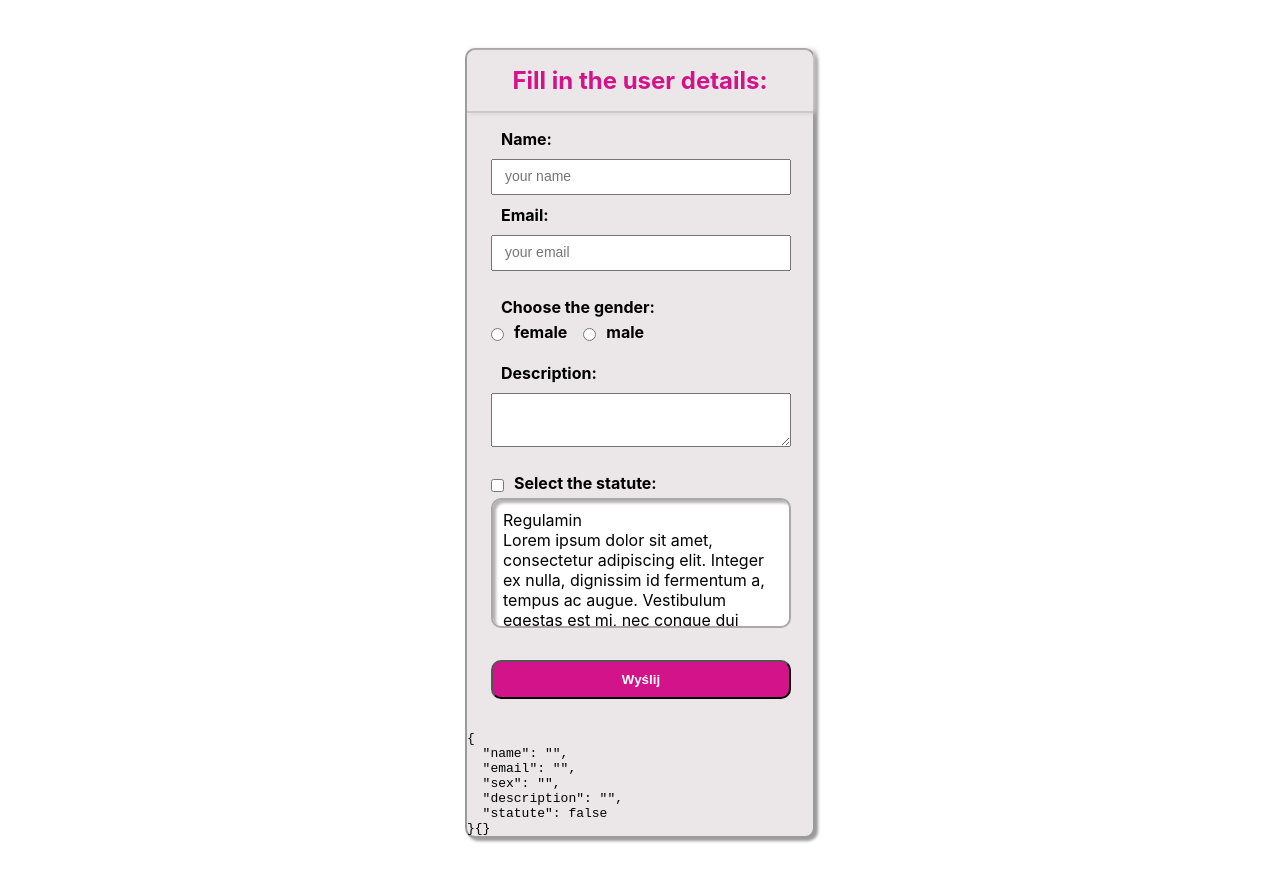
Repository: KrzysKolo/sr_tydzien4_zad3
Page: /
The author's editor kept a copy of each file at every save. The page is drawn from the files as they stood at one save, then again after the next save.
The browser window is 1280 px wide. The pictures show the whole page.
The project was rebuilt for these pictures with package versions that can differ from the ones it lists, and the page was loaded fresh each time. Also part of the build but not shown: src/components/FormComponents/TextError.js.

Above is the page before, as saved 2020-11-19 15:35:01.

### src/App.js
import React from 'react';
import './App.css';
import FormikContainer from './components/Formik/FormikContainer';
import Header from './components/Header';
const App = () => {
  return (
    <main className="App">
      <Header />
      <FormikContainer />
    </main>
   );
}

export default App;

### src/App.css
* {
  margin: 0;
  padding: 0;
  box-sizing: border-box;
}
.App {
  margin: 3rem auto;
  width: 350px;
  background-color: rgb(235, 231, 232);
  border: 2px solid rgb(155, 155, 155);
  border-radius: 10px;
  box-shadow: 3px 3px 3px rgb(155, 155, 155);
}
.section {
  display: flex;
  flex-direction: column;
  margin: 1rem 1.5rem;
  justify-content: center;
}
label {
  font-weight: bold;
  display: flex;
  margin-bottom: 5px;
  margin-left: 10px;
}
input[type="text"],
input[type="email"],
textarea {
  display: block;
  width: 300px;
  padding: 6px 12px;
  font-size: 14px;
  line-height: 1.4285;
  color: #555;
  margin: 10px 0;
}
.error {
  color: red;
}
.row {
  display: flex;
  flex-direction: row;
  align-items: center;
  margin-right: 1rem;
}
.statute {
  border: 2px solid rgb(170, 169, 169);
  border-radius: 10px;
  box-shadow: inset 3px 3px 3px rgb(181, 177, 178);
  background: #ffffff;
  height: 130px;
  width: 300px;
  padding: 10px;
  overflow: auto;
}
.btn-send {
  background-color: rgba(211, 19, 137, 1);
  border-radius: 10px;
  color: white;
  cursor: pointer;
  font-weight: bold;
  margin: 1rem auto;
  padding: 10px;
  width: 300px;
  transition: all 0.3s ease-in-out;
}
.btn-send:hover {
  background-color: rgba(211, 19, 137, 0.5);
}
.header {
  color: rgba(211, 19, 137, 1);
  margin: 0 auto;
  text-align: center;
  font-weight: bold;
  border-bottom: 2px solid rgb(204, 201, 204);
  padding: 1rem;
  box-shadow: 3px 0 5px rgb(204, 201, 204);
}

### src/components/Formik/FormikContainer.js
import React, { useState } from 'react';
import { Formik, Form } from 'formik';
import * as yup from 'yup';
import FormikControl from './FormikControl';
import RadioOptions from './../../data/RadioOptions';

const FormikContainer = () => {
    const [systemMessage, setSystemMessage] = useState("");

    const onSubmit = (data, event) => {
      event.target.reset();
      setSystemMessage(<p>Dziękujemy za wysłanie!</p>);
    };
    const initialValues = {
        name: '',
        email: '',
        sex: '',
        description: '',
        statute: false,
    }

    const validationSchema = yup.object({
        name: yup.string().required("Imię jest obowiązkowe!").min(2,"Twóje imię musi mieć więcej niż 2 znaki!").max(30,'Twoje imię może mieć maxymalnie 30 znaków!'),
        email: yup.string().required("Email jest wymagany!").email("Adres zawiera błędy"),
        sex: yup.string().required('Zaznacz jedną wartość!'),
        description: yup.string().required('Wpisz kilka słów!').min(2, "Wpisz co najmniej 2 znaki").max(100, "Możesz wpisać max. 250 znaków"),
        statute: yup.boolean().required().oneOf([true], 'Musisz zaznaczyć regulamin!'),
    });
    const [ showMessage, setShowMessage ] = useState(false);

    return (
        <Formik
            initialValues={initialValues}
            validationSchema={validationSchema}
            onSubmit={onSubmit}
        >
            { ({formik, values, errors}) => (
                <Form className="form-wrapper">
                    <section className="section">
                        <FormikControl control='input' type='text' label='Name:' name='name' placeholder="your name"/>
                        <FormikControl control='input' type='email' label='Email:' name='email' placeholder="your email"/>
                    </section>
                    <section className="section">
                        <FormikControl control='radio' label='Choose the gender: ' name='sex' options={RadioOptions}/>
                    </section>
                    <section className="section">
                        <FormikControl control='textarea' label='Description:' name='description'/>
                    </section>
                    <section className="section">
                        <FormikControl control='checkbox' label='Select the statute:' name='statute'/>
                        <div className="statute">
                            Regulamin<br/>
                            <p>Lorem ipsum dolor sit amet, consectetur adipiscing elit. Integer ex nulla, dignissim id fermentum a, tempus ac augue. Vestibulum egestas est mi, nec congue dui mollis vitae. Nam dictum lectus non mauris hendrerit efficitur. Donec imperdiet nec nibh et interdum. Fusce ornare consequat sapien. Pellentesque rhoncus tempor vulputate. Aliquam eu diam laoreet, tincidunt nulla ut, dignissim turpis. Aliquam est ante, luctus sed felis et, iaculis sollicitudin tellus. Cras congue tincidunt viverra. Sed vestibulum faucibus lacus, eu dictum lorem porta id. Praesent a placerat ligula. Vestibulum faucibus ornare erat, id elementum est vehicula eu. Nunc pulvinar dolor lacus. Vestibulum dapibus efficitur orci, ac rhoncus augue auctor ut.</p>
                        </div>
                    </section>
                    <section className="section">
                         <button className="btn-send" type="submit">Wyślij</button>
                    </section>
                    <pre>
                        {JSON.stringify(values, null, 2)}
                        {JSON.stringify(errors, null, 2)}

                    </pre>
                    <>{systemMessage}</>

                </Form>
            )

            }

        </Formik>
    )
}
export default FormikContainer;

### src/components/Header.js
import React from 'react';
const Header = () => {
    return (
        <section className="header">
            <h2>Fill in the user details: </h2>
        </section>
     );
}

export default Header;

### src/components/Formik/FormikControl.js
import { Input, Radio, Checkbox, TextArea } from './../FormComponents/';


const FormikControl = (props) => {
    const { control, ...rest } = props;
    switch(control) {
        case 'input': return <Input {...rest} />
        case 'radio': return <Radio {...rest} />
        case 'textarea': return <TextArea {...rest} />
        case 'checkbox': return <Checkbox {...rest} />
        default: return null
    }
}

export default FormikControl;

### src/data/RadioOptions.js
const RadioOptions=[
    { id: 0, value: "female ", label: 'female ' },
    { id: 1, value: "male", label: 'male' },
   ];
export default RadioOptions;

### src/components/FormComponents/index.js
export { default as Input } from "./Input";
export { default as Radio } from "./Radio";
export { default as Checkbox } from "./Checkbox";
export { default as TextArea } from "./TextArea";

### src/components/FormComponents/Input.js
import React from 'react';
import{ Field, ErrorMessage } from 'formik';
import TextError from './TextError';

const Input = (props) => {
    const { label, name, ...rest } = props;
    return (
        <div className="form-control">
             <label htmlFor={name}>{label}</label>
            <Field id={name} name={name} {...rest} />
            <ErrorMessage name={name} component={TextError} />
        </div>
     );
}

export default Input;

### src/components/FormComponents/Radio.js
import React from 'react';
import{ Field, ErrorMessage } from 'formik';
import TextError from './TextError';

const Radio = (props) => {
    const { label, name, options, ...rest } = props;
    return (
        <div className="form-control">
            <label htmlFor={name}>{label}</label>
            <div className="row">
                <Field name={name} {...rest}>
                    {
                    ({ field }) => {
                        return options.map(option => {
                            return (
                                <div className="row" key={option.id} >
                                    <input type='radio' id={option.id} {...field} value={option.value} checked={field.value === option.value}/>
                                    <label htmlFor={option.id}>{option.label}</label>
                                </div>
                            )
                        })
                    }
                    }
                </Field>
            </div>
            <ErrorMessage name={name} component={TextError} />
        </div>
     );
}

export default Radio;

### src/components/FormComponents/Checkbox.js
import React from 'react';
import{ Field, ErrorMessage } from 'formik';
import TextError from './TextError';

const Checkbox = (props) => {
    const { label, name, ...rest } = props;
    return (
        <div className="form-control">
            <div className="row">
                <Field type='checkbox' id={name} name="statute" {...rest}/>
                <label htmlFor={name}>{label}</label>
            </div>
            <ErrorMessage name={name} component={TextError} />
        </div>
     );
}

export default Checkbox;

### src/components/FormComponents/TextArea.js
import React from 'react';
import{ Field, ErrorMessage } from 'formik';
import TextError from './TextError';

const TextArea = (props) => {
    const { label, name, ...rest } = props;
    return (
        <div className="form-control">
            <label htmlFor={name}>{label}</label>
            <Field as ='textarea' id={name} name={name} {...rest} />
            <ErrorMessage name={name} component={TextError} />
        </div>
     );
}

export default TextArea;

Loaded but not shown: public/index.html (common file); src/index.js (common file); src/index.css (common file)

After the next save:
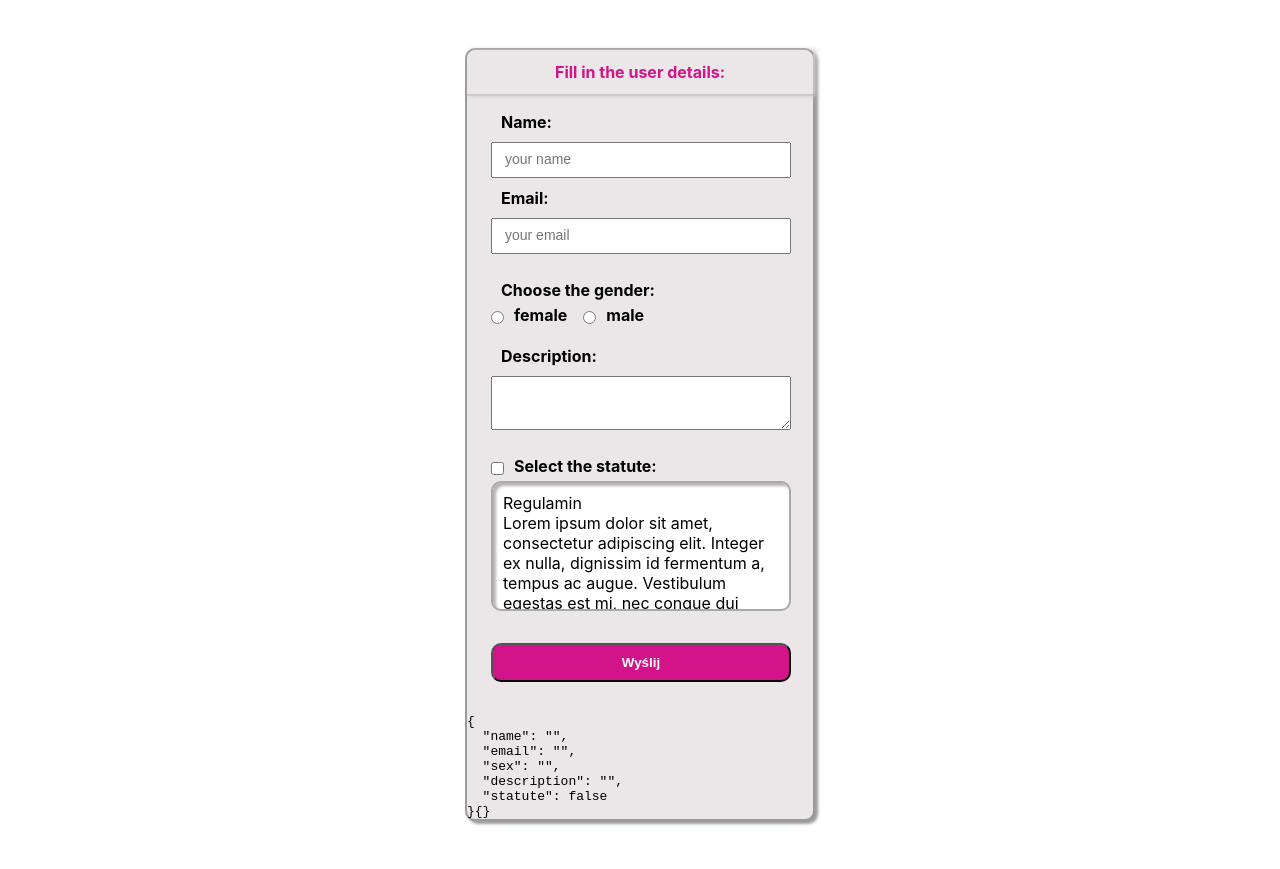
Saved 3 min 28 s later.
--- a/src/App.css
+++ b/src/App.css
@@ -73,6 +73,9 @@ textarea {
   text-align: center;
   font-weight: bold;
   border-bottom: 2px solid rgb(204, 201, 204);
-  padding: 1rem;
+  padding: 0.75rem;
   box-shadow: 3px 0 5px rgb(204, 201, 204);
 }
+.header h2 {
+  font-size: 1rem;
+}
